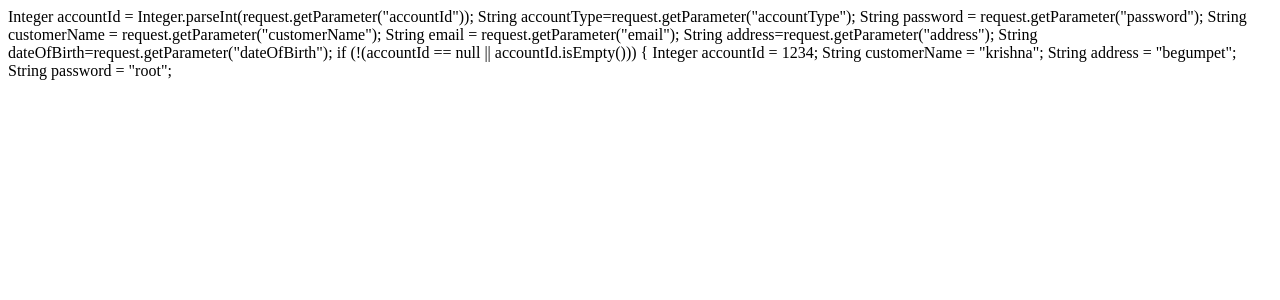
Repository: laikrish/day10
Page: http://localhost/BankApp/database.jsp
These files come from the project's save history. The page is drawn as it stood at one moment and after the next save; the edit follows.
The browser window is 1280 px wide. The pictures show the whole page.
The page is served by Tomcat 9. Other server files are loaded and not shown.

Above is the page before, as saved 2018-09-12 10:31:24.

### BankApp/WebContent/database.jsp
<%@ page language="java" contentType="text/html; charset=ISO-8859-1"
    pageEncoding="ISO-8859-1"%>
<!DOCTYPE html>
<html>
<head>
<meta charset="ISO-8859-1">
<title>Insert title here</title>
</head>
<body>


Integer accountId = Integer.parseInt(request.getParameter("accountId"));
String accountType=request.getParameter("accountType");
String password = request.getParameter("password");
String customerName = request.getParameter("customerName");
String email = request.getParameter("email");
String address=request.getParameter("address");
String dateOfBirth=request.getParameter("dateOfBirth");
if (!(accountId == null || accountId.isEmpty())) {

Integer accountId = 1234;
String customerName = "krishna";
String address = "begumpet";
String password = "root";

After the next save:
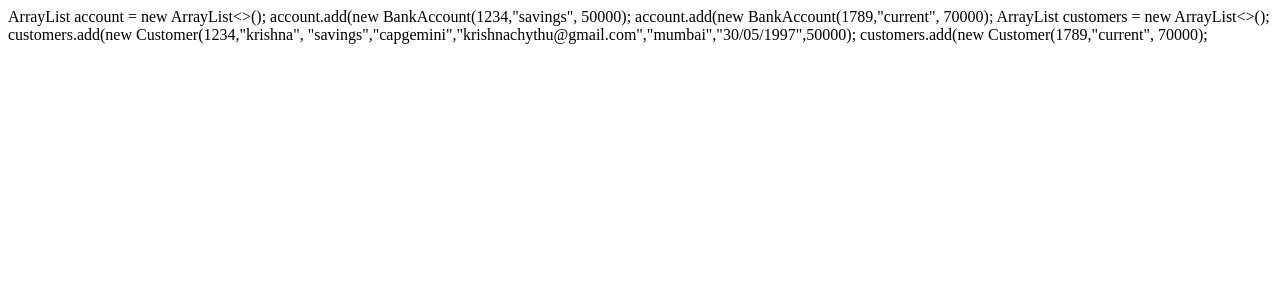
Saved 9 min 16 s later.
--- a/BankApp/WebContent/database.jsp
+++ b/BankApp/WebContent/database.jsp
@@ -9,7 +9,7 @@
 <body>
 
 
-Integer accountId = Integer.parseInt(request.getParameter("accountId"));
+<!-- Integer accountId = Integer.parseInt(request.getParameter("accountId"));
 String accountType=request.getParameter("accountType");
 String password = request.getParameter("password");
 String customerName = request.getParameter("customerName");
@@ -22,3 +22,13 @@ Integer accountId = 1234;
 String customerName = "krishna";
 String address = "begumpet";
 String password = "root";
+ -->
+
+ ArrayList<BankAccount> account  = new ArrayList<>();
+ account.add(new BankAccount(1234,"savings", 50000);
+ account.add(new BankAccount(1789,"current", 70000);
+
+
+  ArrayList<Customer> customers  = new ArrayList<>();
+ customers.add(new Customer(1234,"krishna", "savings","capgemini","krishnachythu@gmail.com","mumbai","30/05/1997",50000);
+ customers.add(new Customer(1789,"current", 70000);
